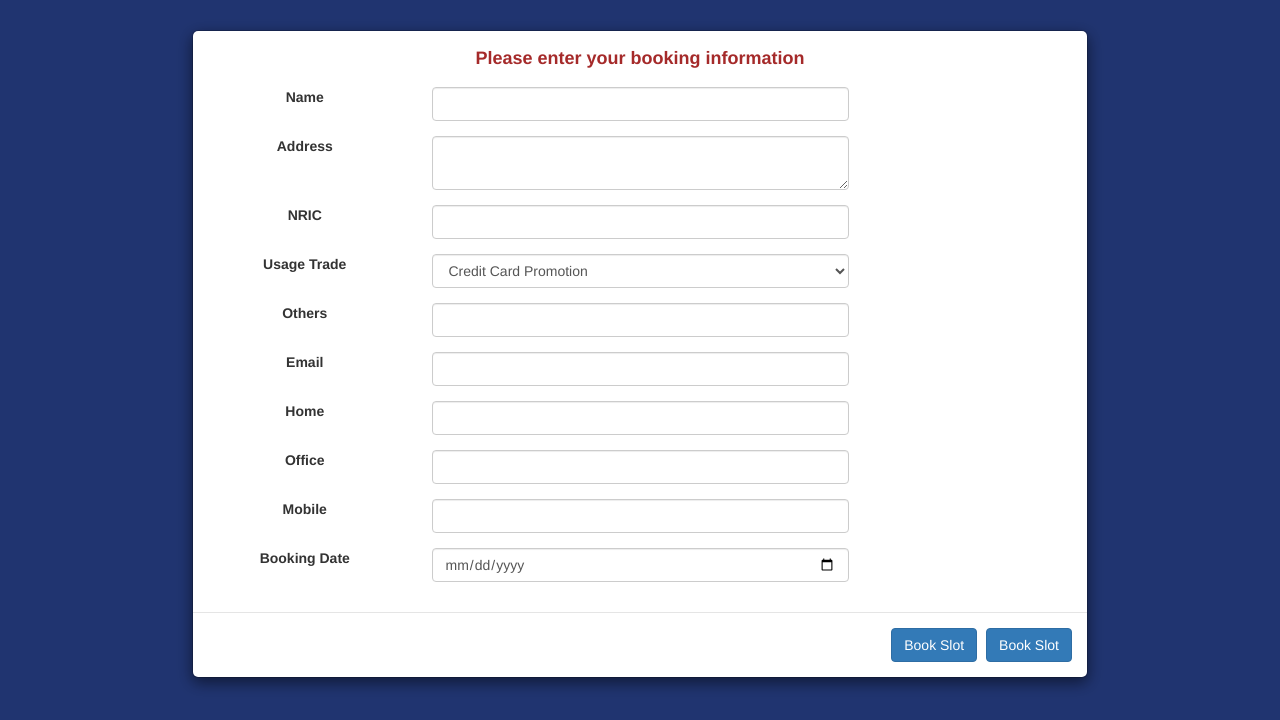
Repository: Shenba-Ps/Jsp-Servlet-B
Page: http://localhost/Test/Booking.jsp
An editor plug-in stored every save of this project. The page is shown before and after the next save, followed by the edit.
The browser window is 1280 px wide. The pictures show the whole page.
The page is served by Tomcat 9.

Above is the page before, as saved 2023-06-15 12:10:03.

After the next save:
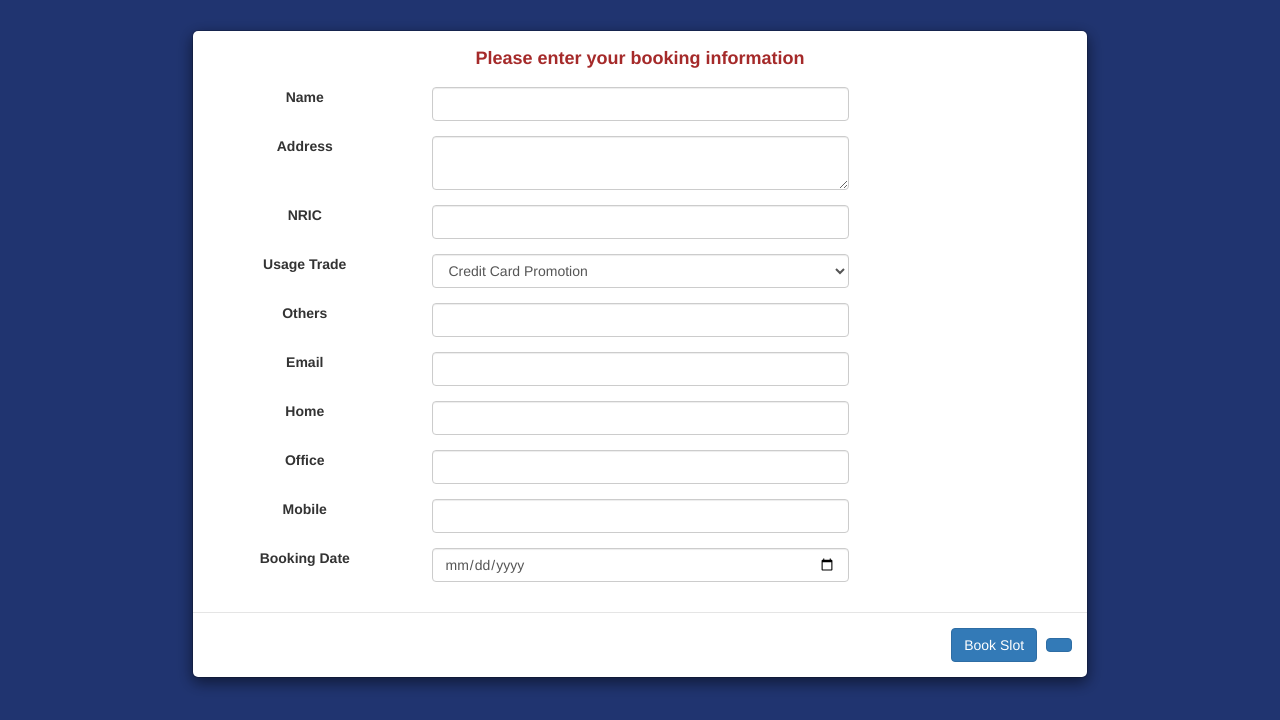
Saved 5 s later.
--- a/Test/src/main/webapp/Booking.jsp
+++ b/Test/src/main/webapp/Booking.jsp
@@ -112,7 +112,7 @@
 					</div>
 					<div class="modal-footer">
 						<button type="button" class="btn btn-primary">Book Slot</button>
-						<button type="button" class="btn btn-primary">Book Slot</button>
+						<button type="button" class="btn btn-primary"></button>
 					</div>
 				</div>
 			</div>
